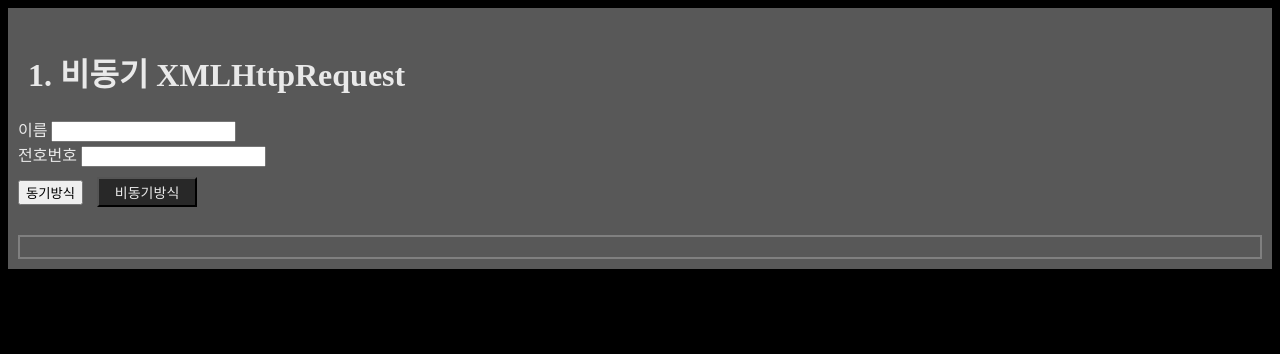
Repository: prawniel99/05_JQuery
Page: workspace/jqpro/WebContent/비동기3_XMLRequest/test1.html
These files come from the project's save history. The page is drawn as it stood at one moment and after the next save; the edit follows.
The browser window is 1280 px wide. The pictures show the whole page.

Above is the page before, as saved 2024-08-22 00:49:23.

After the next save:
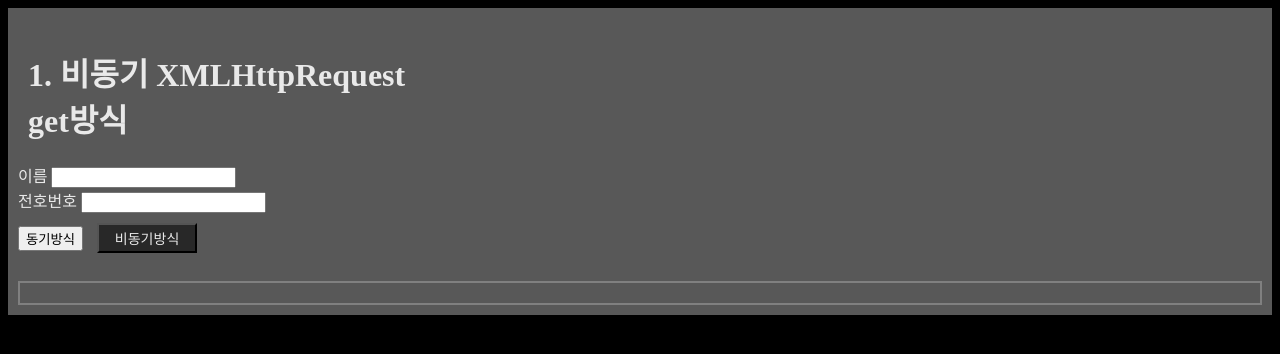
Saved 9 s later.
--- a/workspace/jqpro/WebContent/비동기3_XMLRequest/test1.html
+++ b/workspace/jqpro/WebContent/비동기3_XMLRequest/test1.html
@@ -54,7 +54,7 @@
 
     <div class="box">
         <h1>
-        	1. 비동기 XMLHttpRequest<br>
+        	1. 비동기 XMLHttpRequest<br>get방식
         </h1>
 
         <form id="ff1" action="test1.jsp" method="get">
